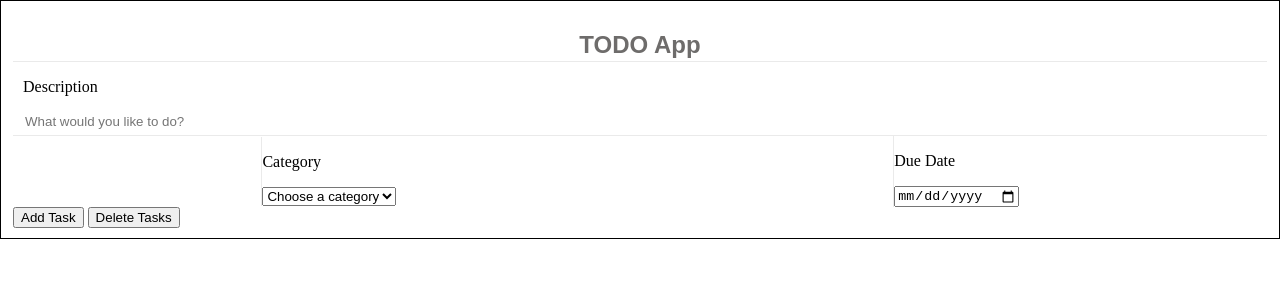
Repository: king-slayer97/TODO-App
Page: http://localhost/
These files come from the project's save history. The page is drawn as it stood at one moment and after a run of saves; the edit follows.
The browser window is 1280 px wide. The pictures show the whole page.
The page is served by the project's Node server (index.js).

Above is the page before, as saved 2022-08-15 17:03:15.

After the next 6 saves:
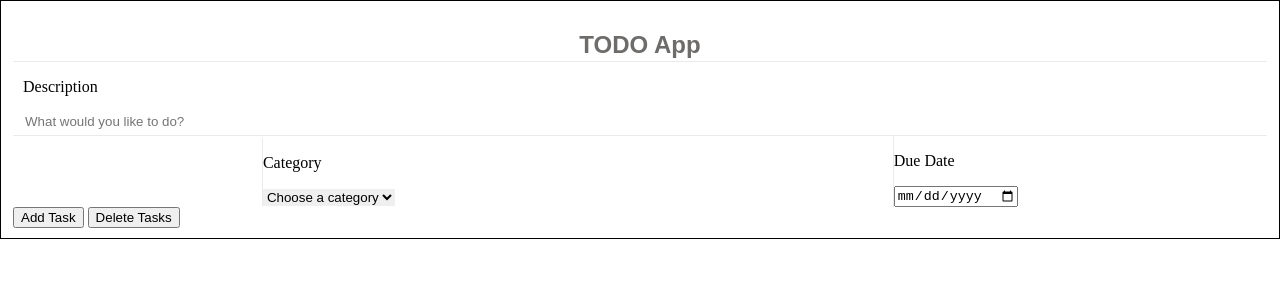
The 6 saves are shown as one change because they came seconds apart.
The last was saved 96 s later.
--- a/assets/css/home.css
+++ b/assets/css/home.css
@@ -52,6 +52,10 @@ body{
     justify-content: space-around;
 }
 
+.category select{
+    border-style: none;
+}
+
 .section2 .date,.section2 .category{
     border-left: 1px solid #eaeaea;
 }
